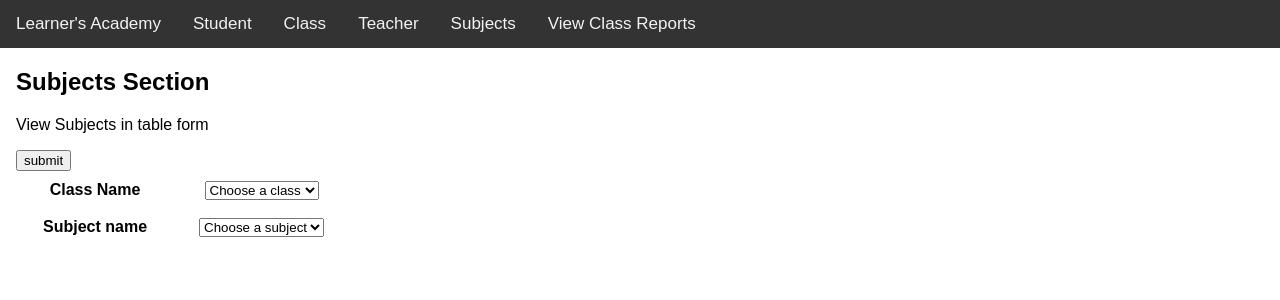
Repository: chirag627/Phase-2-Project
Page: http://localhost/Academy/web/class/assign_class.jsp
These files come from the project's save history. The page is drawn as it stood at one moment and after the next save; the edit follows.
The browser window is 1280 px wide. The pictures show the whole page.
The page is served by Tomcat 9. The template is opened directly, without the code that normally fills it, so the values that code supplies are empty.

Above is the page before, as saved 2022-08-15 12:25:24.

After the next save:
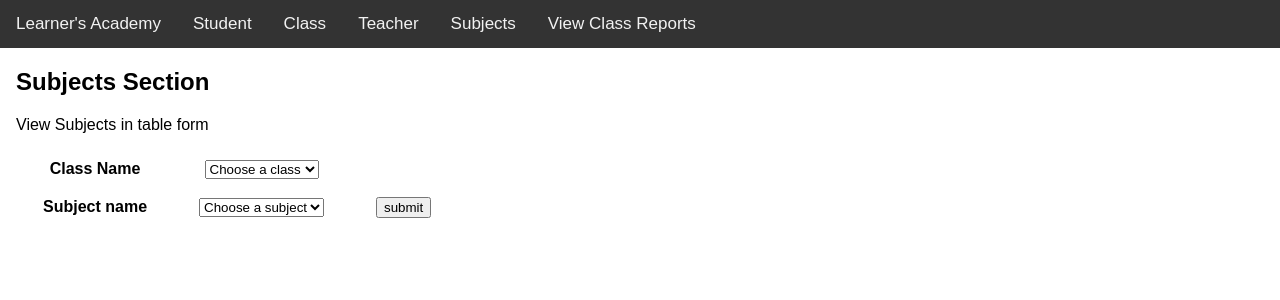
Saved 41 s later.
--- a/Academy/src/main/webapp/web/class/assign_class.jsp
+++ b/Academy/src/main/webapp/web/class/assign_class.jsp
@@ -77,11 +77,11 @@ ul li a {
 							</c:forEach>
 					</select></th>
 
+					<th><input type="submit" name="submit" value="submit">
 
+					</th>
 				</tr>
-				<tr>
-					<input type="submit" name="submit" value="submit">
-				</tr>
+
 			</table>
 		</form>
 	</div>
